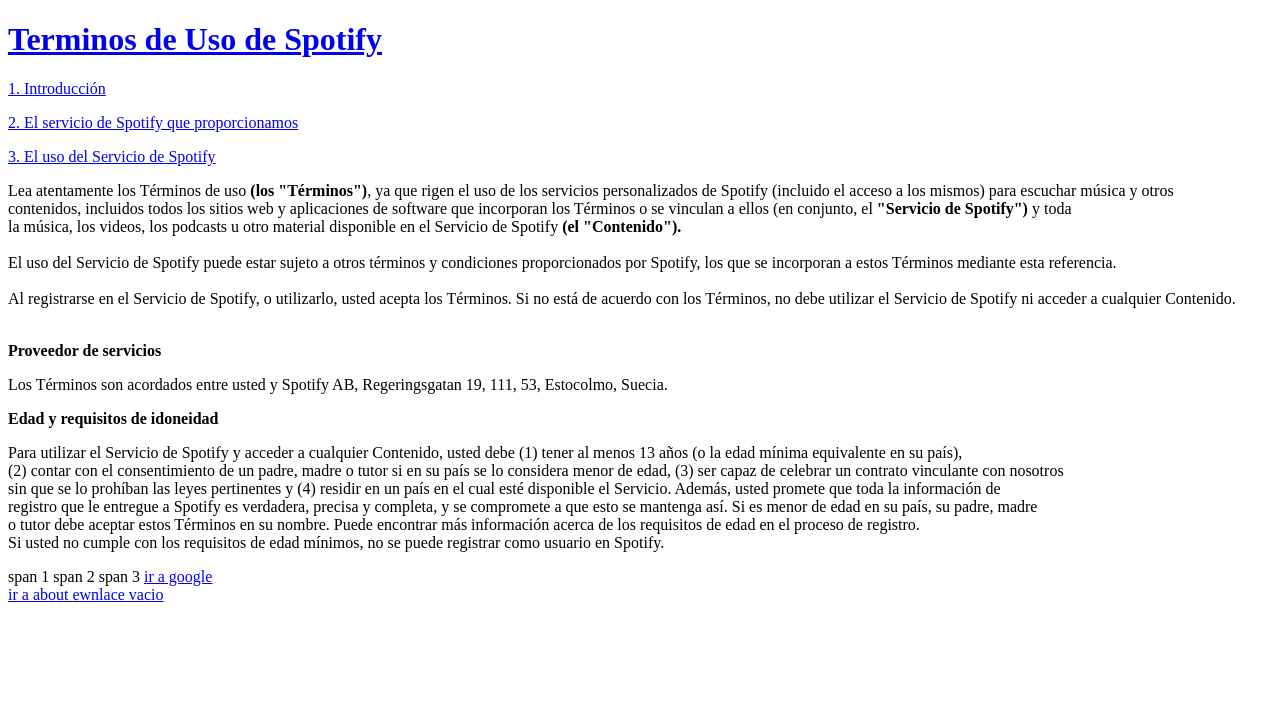
Repository: Devbenitez/Gen_30
Page: Gen_30/maquetado/index.html
These files come from the project's save history. The page is drawn as it stood at one moment and after the next save; the edit follows.
The browser window is 1280 px wide. The pictures show the whole page.

Above is the page before, as saved 2023-10-31 05:04:48.

After the next save:
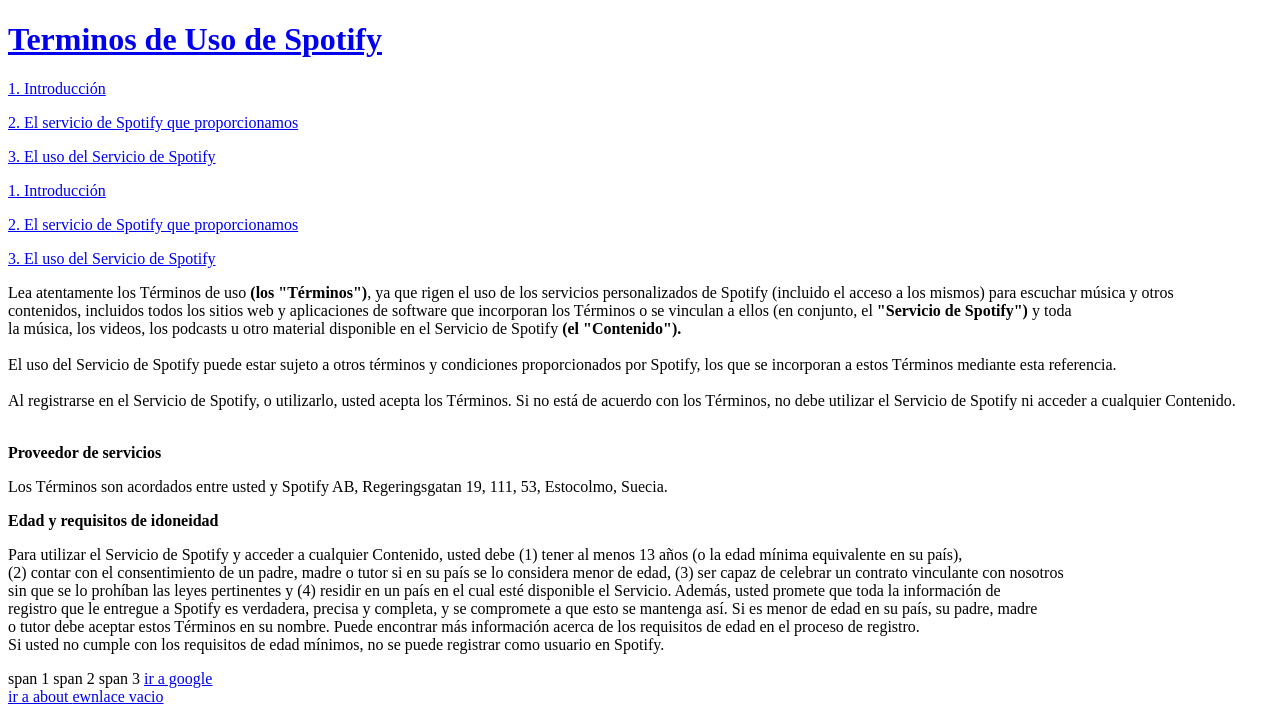
Saved 119 s later.
--- a/Gen_30/maquetado/index.html
+++ b/Gen_30/maquetado/index.html
@@ -20,6 +20,15 @@
         <a id= "Terminos de Uso de Spotify" href="#Terminos de Uso de Spotify"> Terminos de Uso de Spotify</a>
     </h1>
 
+      <p>
+        <a href="#1. Introducción">1. Introducción</a>
+        </p>
+      <p>
+        <a href="#2. El servicio de Spotify que proporcionamos">2. El servicio de Spotify que proporcionamos</a>
+        </p>
+      <p>
+        <a href="#3. El uso del Servicio de Spotify">3. El uso del Servicio de Spotify</a>
+        </p>
       <p>
         <a href="#1. Introducción">1. Introducción</a>
         </p>

After the save that followed:
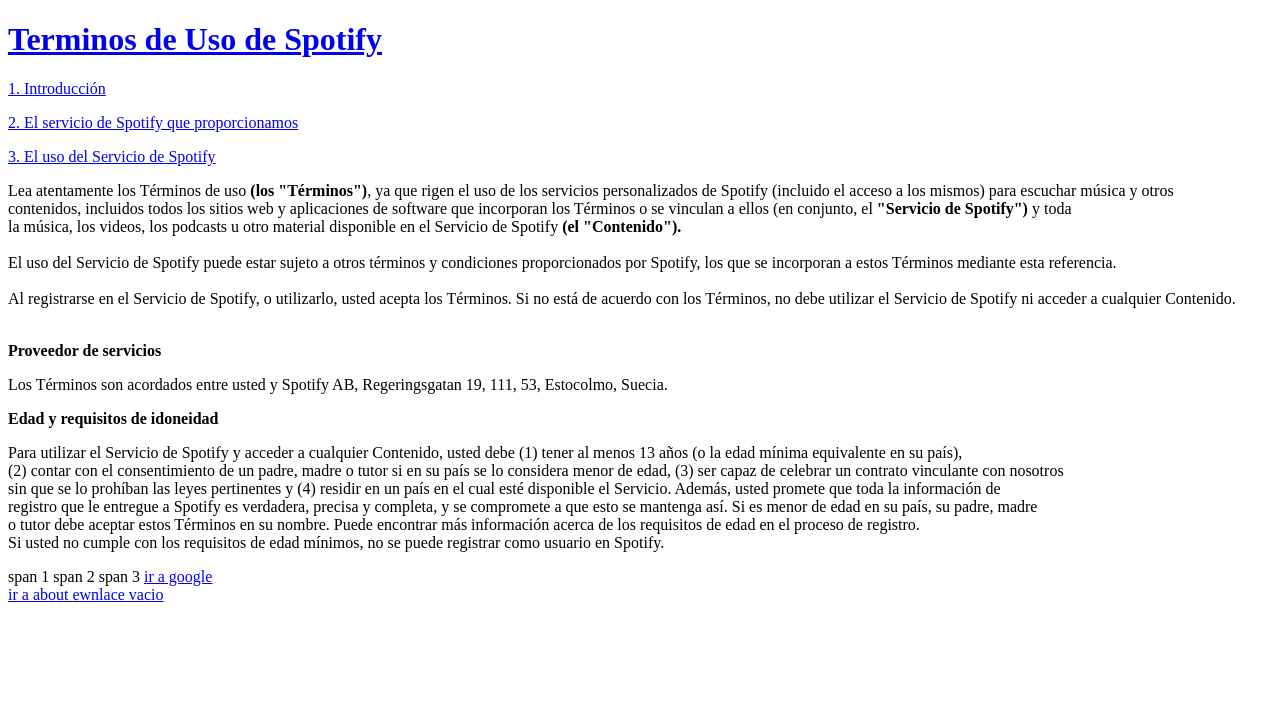
Saved 21 s later.
--- a/Gen_30/maquetado/index.html
+++ b/Gen_30/maquetado/index.html
@@ -29,15 +29,7 @@
       <p>
         <a href="#3. El uso del Servicio de Spotify">3. El uso del Servicio de Spotify</a>
         </p>
-      <p>
-        <a href="#1. Introducción">1. Introducción</a>
-        </p>
-      <p>
-        <a href="#2. El servicio de Spotify que proporcionamos">2. El servicio de Spotify que proporcionamos</a>
-        </p>
-      <p>
-        <a href="#3. El uso del Servicio de Spotify">3. El uso del Servicio de Spotify</a>
-        </p>
+
 
       <!-- parrafos -->
       <p>
